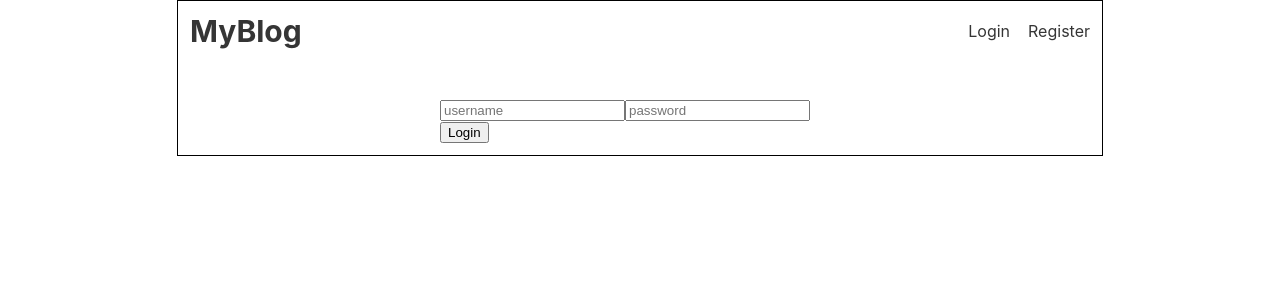
Repository: ateeque-219/BlogApp
Page: /login (app in blogapp/)
These files come from the project's save history. The page is drawn as it stood at one moment and after the next save; the edit follows.
The browser window is 1280 px wide. The pictures show the whole page.
The project was rebuilt for these pictures with package versions that can differ from the ones it lists, and the page was loaded fresh each time. Also part of the build but not shown: blogapp/src/Post.js, blogapp/src/pages/Indexpage.js, blogapp/src/pages/RegisterPage.js.

Above is the page before, as saved 2024-01-09 13:07:24.

After the next save:
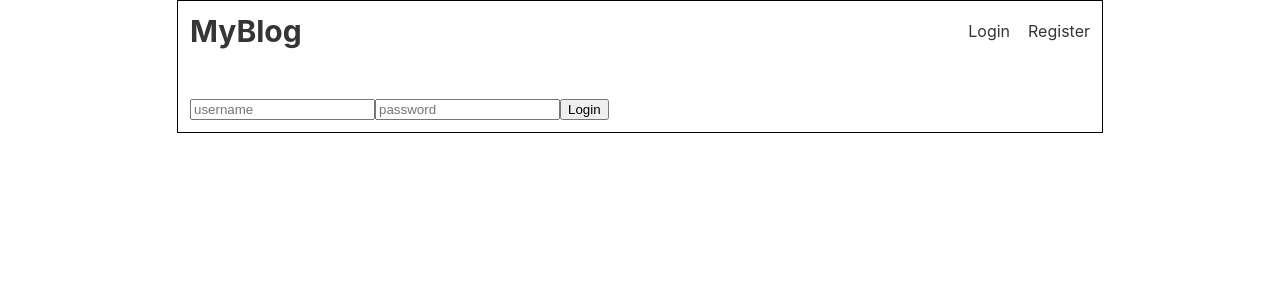
Saved 12 s later.
--- a/blogapp/src/App.css
+++ b/blogapp/src/App.css
@@ -63,6 +63,6 @@ div.post p.summary{
   line-height: 1.5rem;
 }
 form.login , form.register{
-  max-width: 400px;
-  margin: 0 auto;
+  display: flex;
+
 }
